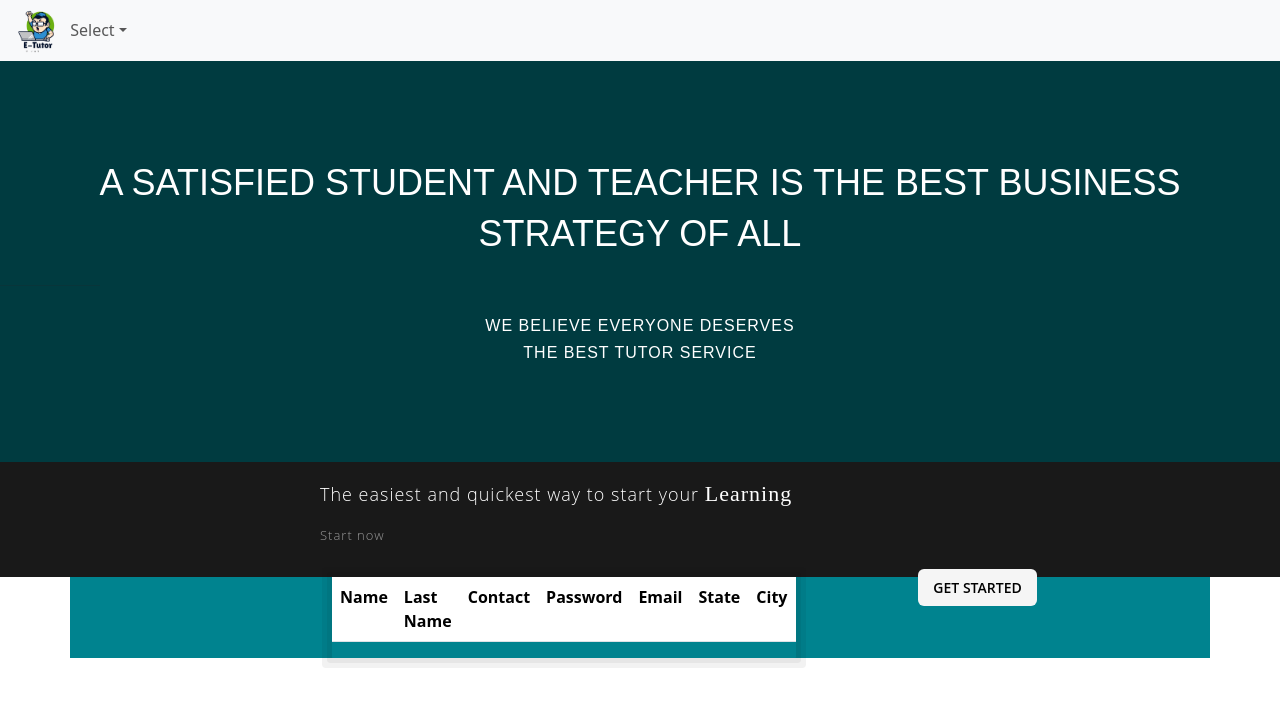
Repository: shailesh89-art/E-tutor-springboot-hibernate
Page: http://localhost/TUTOR_INVENTOR_1/pages/parent_Admin_edit.jsp
These files come from the project's save history. The page is drawn as it stood at one moment and after the next save; the edit follows.
The browser window is 1280 px wide. The pictures show the whole page.
Some web libraries are served in a nearby version. The page is served by Tomcat 9. The template is opened directly, without the code that normally fills it, so the values that code supplies are empty.

Above is the page before, as saved 2023-05-03 14:22:27.

After the next save:
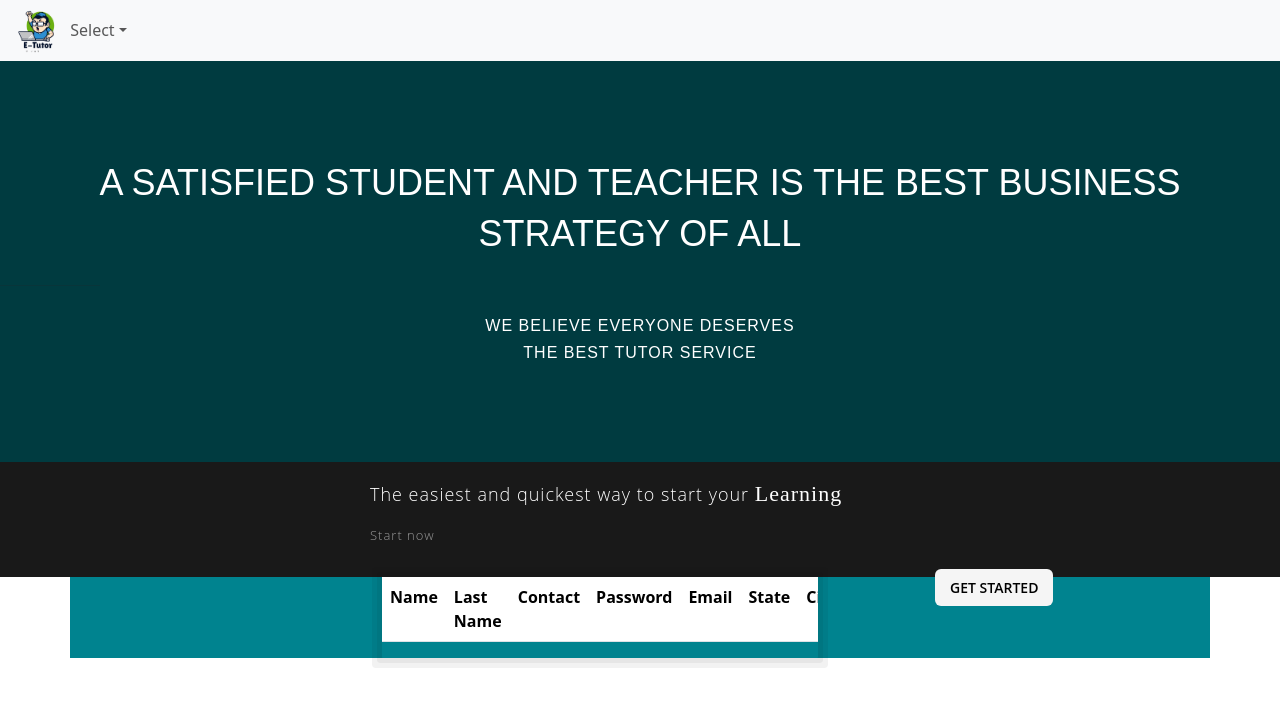
Saved 11 s later.
--- a/TUTOR_INVENTOR_1/src/main/webapp/pages/parent_Admin_edit.jsp
+++ b/TUTOR_INVENTOR_1/src/main/webapp/pages/parent_Admin_edit.jsp
@@ -367,7 +367,7 @@
 .container{
 
 
-    padding-left:250px;
+    padding-left:300px;
 
 }
  #logo{
